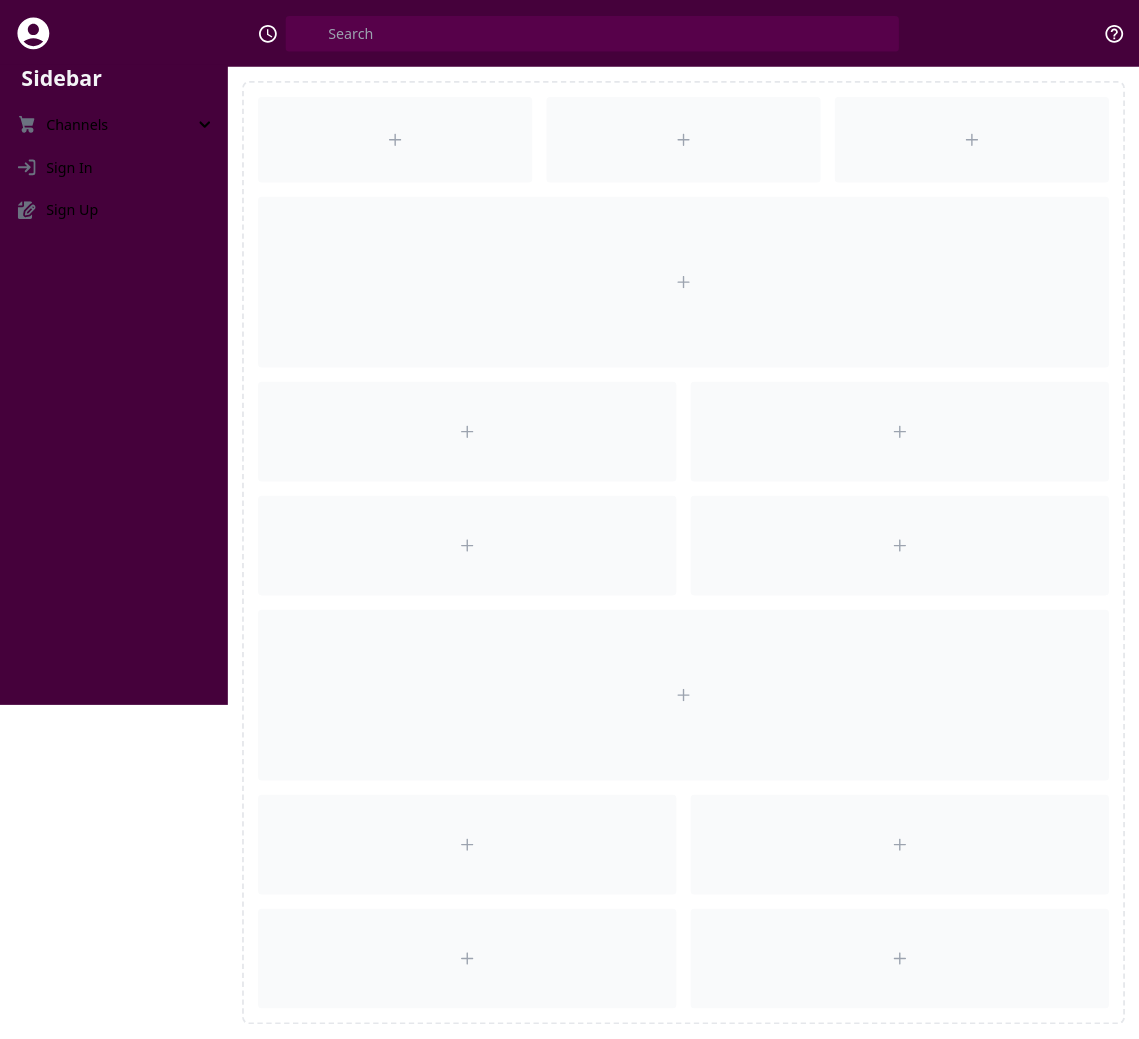
Repository: Shamraiz761/Slack_clone
Page: /
These files come from the project's save history. The page is drawn as it stood at one moment and after a run of saves; the edit follows.
The browser window is 1280 px wide. The pictures show the whole page, at 89% of full size.
The project was rebuilt for these pictures with package versions that can differ from the ones it lists, and the page was loaded fresh each time. Also part of the build but not shown: vite.config.js.

Above is the page before, as saved 2024-01-14 23:48:52.

### src/App.jsx

import React from 'react'
import Header from './components/header/Header'
import Sidebar from './components/sidebar/Sidebar'
function App() {

  return (
  <div className="">
    <div>
      <Header />
      </div>

      <Sidebar />
      {/* Other main content goes here */}
    </div>
  )
}

export default App

### src/components/header/Header.jsx
import React from 'react'
import AccessTimeIcon from '@mui/icons-material/AccessTime';
import HelpOutlineIcon from '@mui/icons-material/HelpOutline';
import AccountCircleIcon from '@mui/icons-material/AccountCircle';
function Header() {
  return (

    <nav className="bg-[#45013b] p-4" style={{background:''}}>
      <div className="container mx-auto flex items-center justify-between">
        {/* Left logos */}

          {/* Left logo */}
          <div className=" sm:mr-4 hidden sm:block">
          <AccountCircleIcon className='text-white text-larger hidden sm:block' style={{fontSize:'43px'}}/>

          </div>





        <div className="sm:w-full flex justify-center items-center">
        <div className="mr-2">
            <AccessTimeIcon className='text-white'/>


          </div>
          <input
            type="text"
            placeholder="Search"
            className=" p-2 px-12 bg-[#57014a] text-white border-none rounded w-32 sm:w-3/5"
          />
        </div>

        {/* Right logos */}
        <div className="flex items-center">

          <div className="ml-[-100px] sm:ml-4">
            <HelpOutlineIcon className='text-white'/>

          </div>
        </div>
      </div>
    </nav>
  )
}

export default Header

### src/components/sidebar/Sidebar.jsx
import React from "react";

function Sidebar() {


  return (
    <div className="relative">


      <aside
        id="sidebar-multi-level-sidebar"
        className="absolute top-full left-0 mt-[-1095px]  bg-[#45013b] w-64 h-screen transition-transform -translate-x-full sm:translate-x-0"
        aria-label="Sidebar"
      >
        <h1 className="ml-6 font-bold text-2xl text-gray-100">Sidebar</h1>
        <div className="h-full px-3 py-4 overflow-y-auto ">
          <ul className="space-y-2 font-medium">

            <li>
              <button
                type="button"
                className="flex items-center w-full p-2 text-base  transition duration-75 rounded-lg group hover:bg-[#57014a] dark:text-white "
                aria-controls="dropdown-example"
                data-collapse-toggle="dropdown-example"
              >
                <svg
                  className="flex-shrink-0 w-5 h-5 text-gray-500 transition duration-75 group-hover: dark:text-gray-400 dark:group-hover:text-white"
                  aria-hidden="true"
                  xmlns="http://www.w3.org/2000/svg"
                  fill="currentColor"
                  viewBox="0 0 18 21"
                >
                  <path d="M15 12a1 1 0 0 0 .962-.726l2-7A1 1 0 0 0 17 3H3.77L3.175.745A1 1 0 0 0 2.208 0H1a1 1 0 0 0 0 2h.438l.6 2.255v.019l2 7 .746 2.986A3 3 0 1 0 9 17a2.966 2.966 0 0 0-.184-1h2.368c-.118.32-.18.659-.184 1a3 3 0 1 0 3-3H6.78l-.5-2H15Z" />
                </svg>
                <span className="flex-1 ms-3 text-left rtl:text-right whitespace-nowrap">
                  Channels
                </span>
                <svg
                  className="w-3 h-3"
                  aria-hidden="true"
                  xmlns="http://www.w3.org/2000/svg"
                  fill="none"
                  viewBox="0 0 10 6"
                >
                  <path
                    stroke="currentColor"
                    stroke-linecap="round"
                    stroke-linejoin="round"
                    stroke-width="2"
                    d="m1 1 4 4 4-4"
                  />
                </svg>
              </button>
              <ul id="dropdown-example" className="hidden py-2 space-y-2">
                <li>
                  <a
                    href="#"
                    className="flex items-center w-full p-2  transition duration-75 rounded-lg pl-11 group hover:bg-[#57014a] dark:text-white "
                  >
                    Products
                  </a>
                </li>

              </ul>
            </li>

            <li>
              <a
                href="#"
                className="flex items-center p-2  rounded-lg dark:text-white hover:bg-[#57014a]  group"
              >
                <svg
                  className="flex-shrink-0 w-5 h-5 text-gray-500 transition duration-75 dark:text-gray-400 group-hover: dark:group-hover:text-white"
                  aria-hidden="true"
                  xmlns="http://www.w3.org/2000/svg"
                  fill="none"
                  viewBox="0 0 18 16"
                >
                  <path
                    stroke="currentColor"
                    stroke-linecap="round"
                    stroke-linejoin="round"
                    stroke-width="2"
                    d="M1 8h11m0 0L8 4m4 4-4 4m4-11h3a2 2 0 0 1 2 2v10a2 2 0 0 1-2 2h-3"
                  />
                </svg>
                <span className="flex-1 ms-3 whitespace-nowrap">Sign In</span>
              </a>
            </li>
            <li>
              <a
                href="#"
                className="flex items-center p-2  rounded-lg dark:text-white hover:bg-[#57014a]  group"
              >
                <svg
                  className="flex-shrink-0 w-5 h-5 text-gray-500 transition duration-75 dark:text-gray-400 group-hover: dark:group-hover:text-white"
                  aria-hidden="true"
                  xmlns="http://www.w3.org/2000/svg"
                  fill="currentColor"
                  viewBox="0 0 20 20"
                >
                  <path d="M5 5V.13a2.96 2.96 0 0 0-1.293.749L.879 3.707A2.96 2.96 0 0 0 .13 5H5Z" />
                  <path d="M6.737 11.061a2.961 2.961 0 0 1 .81-1.515l6.117-6.116A4.839 4.839 0 0 1 16 2.141V2a1.97 1.97 0 0 0-1.933-2H7v5a2 2 0 0 1-2 2H0v11a1.969 1.969 0 0 0 1.933 2h12.134A1.97 1.97 0 0 0 16 18v-3.093l-1.546 1.546c-.413.413-.94.695-1.513.81l-3.4.679a2.947 2.947 0 0 1-1.85-.227 2.96 2.96 0 0 1-1.635-3.257l.681-3.397Z" />
                  <path d="M8.961 16a.93.93 0 0 0 .189-.019l3.4-.679a.961.961 0 0 0 .49-.263l6.118-6.117a2.884 2.884 0 0 0-4.079-4.078l-6.117 6.117a.96.96 0 0 0-.263.491l-.679 3.4A.961.961 0 0 0 8.961 16Zm7.477-9.8a.958.958 0 0 1 .68-.281.961.961 0 0 1 .682 1.644l-.315.315-1.36-1.36.313-.318Zm-5.911 5.911 4.236-4.236 1.359 1.359-4.236 4.237-1.7.339.341-1.699Z" />
                </svg>
                <span className="flex-1 ms-3 whitespace-nowrap">Sign Up</span>
              </a>
            </li>
          </ul>
        </div>
      </aside>

      <div className="p-4 sm:ml-64">
        <div className="p-4 border-2 border-gray-200 border-dashed rounded-lg dark:border-gray-700">
          <div className="grid grid-cols-3 gap-4 mb-4">
            <div className="flex items-center justify-center h-24 rounded bg-gray-50 dark:bg-gray-800">
              <p className="text-2xl text-gray-400 dark:text-gray-500">
                <svg
                  className="w-3.5 h-3.5"
                  aria-hidden="true"
                  xmlns="http://www.w3.org/2000/svg"
                  fill="none"
                  viewBox="0 0 18 18"
                >
                  <path
                    stroke="currentColor"
                    stroke-linecap="round"
                    stroke-linejoin="round"
                    stroke-width="2"
                    d="M9 1v16M1 9h16"
                  />
                </svg>
              </p>
            </div>
            <div className="flex items-center justify-center h-24 rounded bg-gray-50 dark:bg-gray-800">
              <p className="text-2xl text-gray-400 dark:text-gray-500">
                <svg
                  className="w-3.5 h-3.5"
                  aria-hidden="true"
                  xmlns="http://www.w3.org/2000/svg"
                  fill="none"
                  viewBox="0 0 18 18"
                >
                  <path
                    stroke="currentColor"
                    stroke-linecap="round"
                    stroke-linejoin="round"
                    stroke-width="2"
                    d="M9 1v16M1 9h16"
                  />
                </svg>
              </p>
            </div>
            <div className="flex items-center justify-center h-24 rounded bg-gray-50 dark:bg-gray-800">
              <p className="text-2xl text-gray-400 dark:text-gray-500">
                <svg
                  className="w-3.5 h-3.5"
                  aria-hidden="true"
                  xmlns="http://www.w3.org/2000/svg"
                  fill="none"
                  viewBox="0 0 18 18"
                >
                  <path
                    stroke="currentColor"
                    stroke-linecap="round"
                    stroke-linejoin="round"
                    stroke-width="2"
                    d="M9 1v16M1 9h16"
                  />
                </svg>
              </p>
            </div>
          </div>
          <div className="flex items-center justify-center h-48 mb-4 rounded bg-gray-50 dark:bg-gray-800">
            <p className="text-2xl text-gray-400 dark:text-gray-500">
              <svg
                className="w-3.5 h-3.5"
                aria-hidden="true"
                xmlns="http://www.w3.org/2000/svg"
                fill="none"
                viewBox="0 0 18 18"
              >
                <path
                  stroke="currentColor"
                  stroke-linecap="round"
                  stroke-linejoin="round"
                  stroke-width="2"
                  d="M9 1v16M1 9h16"
                />
              </svg>
            </p>
          </div>
          <div className="grid grid-cols-2 gap-4 mb-4">
            <div className="flex items-center justify-center rounded bg-gray-50 h-28 dark:bg-gray-800">
              <p className="text-2xl text-gray-400 dark:text-gray-500">
                <svg
                  className="w-3.5 h-3.5"
                  aria-hidden="true"
                  xmlns="http://www.w3.org/2000/svg"
                  fill="none"
                  viewBox="0 0 18 18"
                >
                  <path
                    stroke="currentColor"
                    stroke-linecap="round"
                    stroke-linejoin="round"
                    stroke-width="2"
                    d="M9 1v16M1 9h16"
                  />
                </svg>
              </p>
            </div>
            <div className="flex items-center justify-center rounded bg-gray-50 h-28 dark:bg-gray-800">
              <p className="text-2xl text-gray-400 dark:text-gray-500">
                <svg
                  className="w-3.5 h-3.5"
                  aria-hidden="true"
                  xmlns="http://www.w3.org/2000/svg"
                  fill="none"
                  viewBox="0 0 18 18"
                >
                  <path
                    stroke="currentColor"
                    stroke-linecap="round"
                    stroke-linejoin="round"
                    stroke-width="2"
                    d="M9 1v16M1 9h16"
                  />
                </svg>
              </p>
            </div>
            <div className="flex items-center justify-center rounded bg-gray-50 h-28 dark:bg-gray-800">
              <p className="text-2xl text-gray-400 dark:text-gray-500">
                <svg
                  className="w-3.5 h-3.5"
                  aria-hidden="true"
                  xmlns="http://www.w3.org/2000/svg"
                  fill="none"
                  viewBox="0 0 18 18"
                >
                  <path
                    stroke="currentColor"
                    stroke-linecap="round"
                    stroke-linejoin="round"
                    stroke-width="2"
                    d="M9 1v16M1 9h16"
                  />
                </svg>
              </p>
            </div>
            <div className="flex items-center justify-center rounded bg-gray-50 h-28 dark:bg-gray-800">
              <p className="text-2xl text-gray-400 dark:text-gray-500">
                <svg
                  className="w-3.5 h-3.5"
                  aria-hidden="true"
                  xmlns="http://www.w3.org/2000/svg"
                  fill="none"
                  viewBox="0 0 18 18"
                >
                  <path
                    stroke="currentColor"
                    stroke-linecap="round"
                    stroke-linejoin="round"
                    stroke-width="2"
                    d="M9 1v16M1 9h16"
                  />
                </svg>
              </p>
            </div>
          </div>
          <div className="flex items-center justify-center h-48 mb-4 rounded bg-gray-50 dark:bg-gray-800">
            <p className="text-2xl text-gray-400 dark:text-gray-500">
              <svg
                className="w-3.5 h-3.5"
                aria-hidden="true"
                xmlns="http://www.w3.org/2000/svg"
                fill="none"
                viewBox="0 0 18 18"
              >
                <path
                  stroke="currentColor"
                  stroke-linecap="round"
                  stroke-linejoin="round"
                  stroke-width="2"
                  d="M9 1v16M1 9h16"
                />
              </svg>
            </p>
          </div>
          <div className="grid grid-cols-2 gap-4">
            <div className="flex items-center justify-center rounded bg-gray-50 h-28 dark:bg-gray-800">
              <p className="text-2xl text-gray-400 dark:text-gray-500">
                <svg
                  className="w-3.5 h-3.5"
                  aria-hidden="true"
                  xmlns="http://www.w3.org/2000/svg"
                  fill="none"
                  viewBox="0 0 18 18"
                >
                  <path
                    stroke="currentColor"
                    stroke-linecap="round"
                    stroke-linejoin="round"
                    stroke-width="2"
                    d="M9 1v16M1 9h16"
                  />
                </svg>
              </p>
            </div>
            <div className="flex items-center justify-center rounded bg-gray-50 h-28 dark:bg-gray-800">
              <p className="text-2xl text-gray-400 dark:text-gray-500">
                <svg
                  className="w-3.5 h-3.5"
                  aria-hidden="true"
                  xmlns="http://www.w3.org/2000/svg"
                  fill="none"
                  viewBox="0 0 18 18"
                >
                  <path
                    stroke="currentColor"
                    stroke-linecap="round"
                    stroke-linejoin="round"
                    stroke-width="2"
                    d="M9 1v16M1 9h16"
                  />
                </svg>
              </p>
            </div>
            <div className="flex items-center justify-center rounded bg-gray-50 h-28 dark:bg-gray-800">
              <p className="text-2xl text-gray-400 dark:text-gray-500">
                <svg
                  className="w-3.5 h-3.5"
                  aria-hidden="true"
                  xmlns="http://www.w3.org/2000/svg"
                  fill="none"
                  viewBox="0 0 18 18"
                >
                  <path
                    stroke="currentColor"
                    stroke-linecap="round"
                    stroke-linejoin="round"
                    stroke-width="2"
                    d="M9 1v16M1 9h16"
                  />
                </svg>
              </p>
            </div>
            <div className="flex items-center justify-center rounded bg-gray-50 h-28 dark:bg-gray-800">
              <p className="text-2xl text-gray-400 dark:text-gray-500">
                <svg
                  className="w-3.5 h-3.5"
                  aria-hidden="true"
                  xmlns="http://www.w3.org/2000/svg"
                  fill="none"
                  viewBox="0 0 18 18"
                >
                  <path
                    stroke="currentColor"
                    stroke-linecap="round"
                    stroke-linejoin="round"
                    stroke-width="2"
                    d="M9 1v16M1 9h16"
                  />
                </svg>
              </p>
            </div>
          </div>
        </div>
      </div>
    </div>
  );
}

export default Sidebar;

Loaded but not shown: index.html (common file); src/main.jsx (common file); src/index.css (common file); tailwind.config.js (common file)

After the next 6 saves:
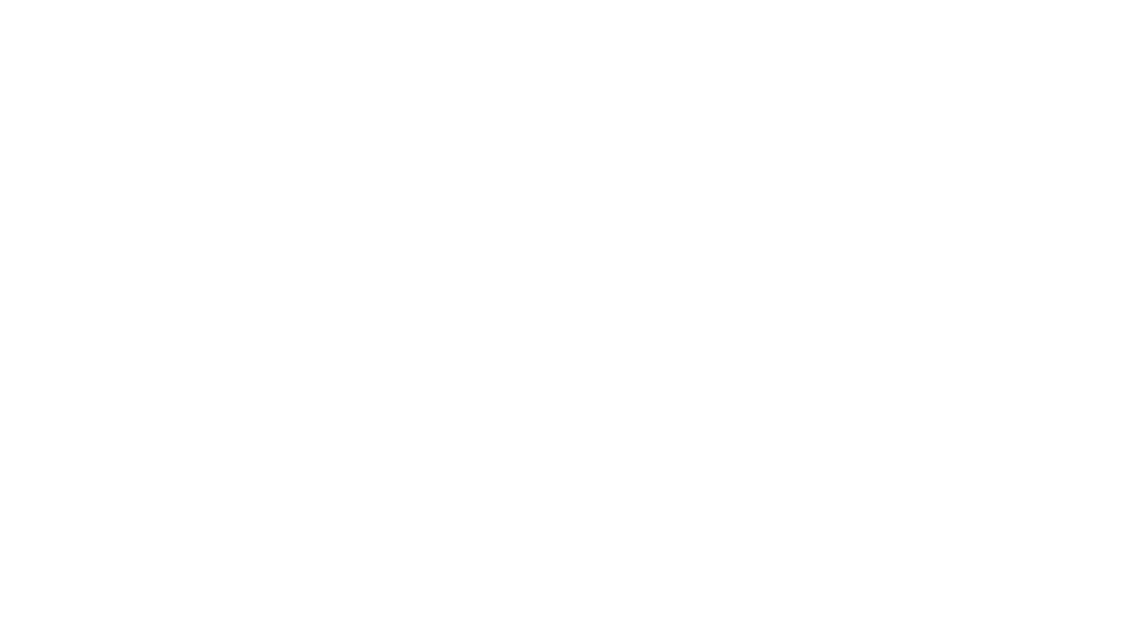
Console error: ReferenceError: useState is not defined
The 6 saves are shown as one change because they came seconds apart.
The last was saved 19 s later.
--- a/src/components/sidebar/Sidebar.jsx
+++ b/src/components/sidebar/Sidebar.jsx
@@ -1,7 +1,7 @@
 import React from "react";
 
 function Sidebar() {
-
+    const [open,setOpen]=useState(false)
 
   return (
     <div className="relative">

After the save that followed:
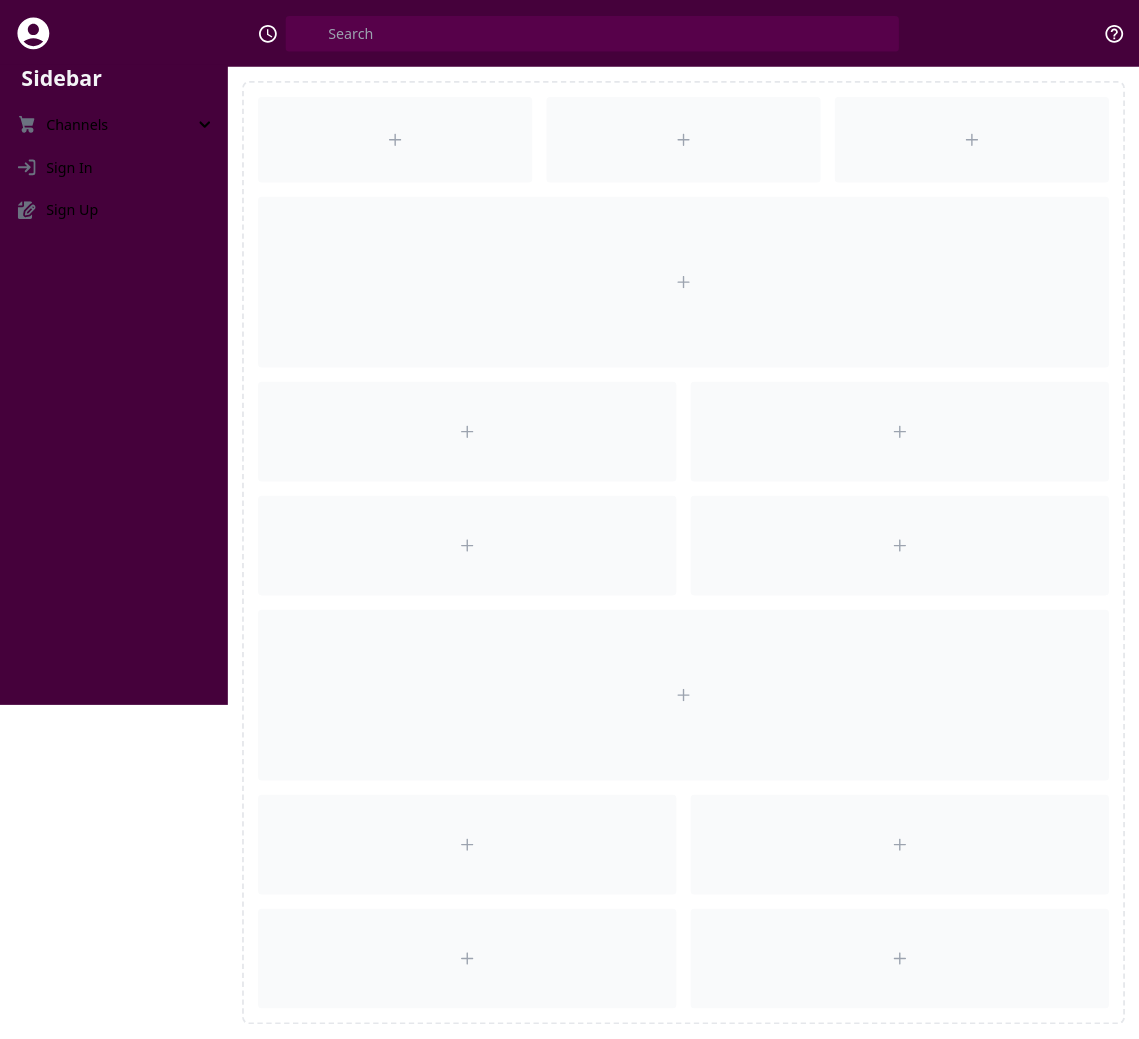
The error is gone.
Saved 4 s later.
--- a/src/components/sidebar/Sidebar.jsx
+++ b/src/components/sidebar/Sidebar.jsx
@@ -1,4 +1,4 @@
-import React from "react";
+import React, { useState } from "react";
 
 function Sidebar() {
     const [open,setOpen]=useState(false)
